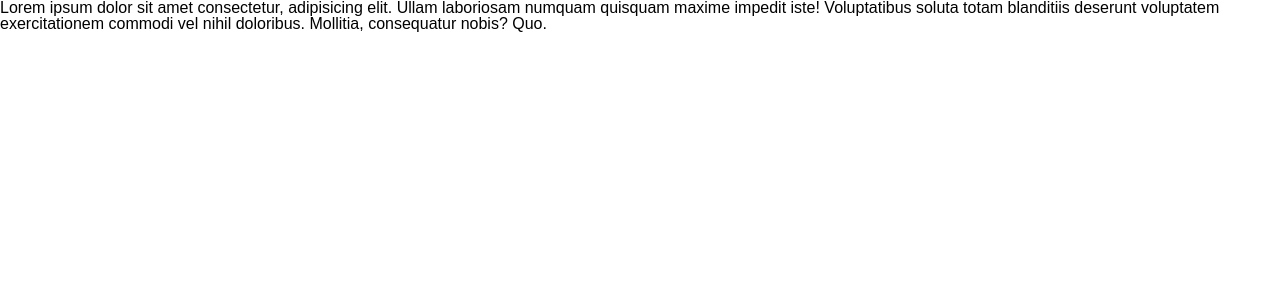
Repository: evondev/html-css-basic-course
Page: index.html
An editor plug-in stored every save of this project. The page is shown before and after the next save, followed by the edit.
The browser window is 1280 px wide. The pictures show the whole page.
Some web libraries are served in a nearby version. The style sheet was rebuilt from its Sass, Less or Tailwind sources for each picture, by a compiler version that may differ from the author's.

Above is the page before, as saved 2020-12-27 11:31:40.

### index.html
<!DOCTYPE html>
<html lang="en">
  <head>
    <meta charset="UTF-8" />
    <meta name="viewport" content="width=device-width, initial-scale=1.0" />
    <title>Lỗi hay gặp ở người mới</title>
    <link
      href="https://fonts.googleapis.com/css2?family=Roboto:wght@400;700&display=swap"
      rel="stylesheet"
    />
    <link
      rel="stylesheet"
      href="https://cdnjs.cloudflare.com/ajax/libs/font-awesome/5.14.0/css/all.min.css"
      integrity="sha512-1PKOgIY59xJ8Co8+NE6FZ+LOAZKjy+KY8iq0G4B3CyeY6wYHN3yt9PW0XpSriVlkMXe40PTKnXrLnZ9+fkDaog=="
      crossorigin="anonymous"
    />
    <link
      href="https://fonts.googleapis.com/css2?family=Poppins:wght@300;400;700&display=swap"
      rel="stylesheet"
    />
    <link rel="stylesheet" href="./reset.css" />
    <link rel="stylesheet" href="./app.css" />
  </head>
  <body>
    <div class="text">Lorem ipsum dolor sit amet consectetur, adipisicing elit. Ullam laboriosam numquam quisquam maxime impedit iste! Voluptatibus soluta totam blanditiis deserunt voluptatem exercitationem commodi vel nihil doloribus. Mollitia, consequatur nobis? Quo.</div>
  </body>
</html>

### app.scss
html {
  font-size: 62.5%;
}

* {
  box-sizing: border-box;
}

body {
  font-size: 1.6rem;
  font-weight: normal;
}

input,
textarea,
button,
select {
  font-size: 1.6rem;
  font-family: "Poppins", sans-serif;
  font-weight: normal;
  outline: none;
}

a {
  text-decoration: none;
}

img {
  display: block;
  max-width: 100%;
}
// * {
//   font-family: "Poppins", sans-serif !important;
// }
html {
  font-family: "Poppins", sans-serif !important;
}
.text {
  font-family: Arial, Helvetica, sans-serif;
}

Loaded but not shown: reset.css (common file)

After the next save:
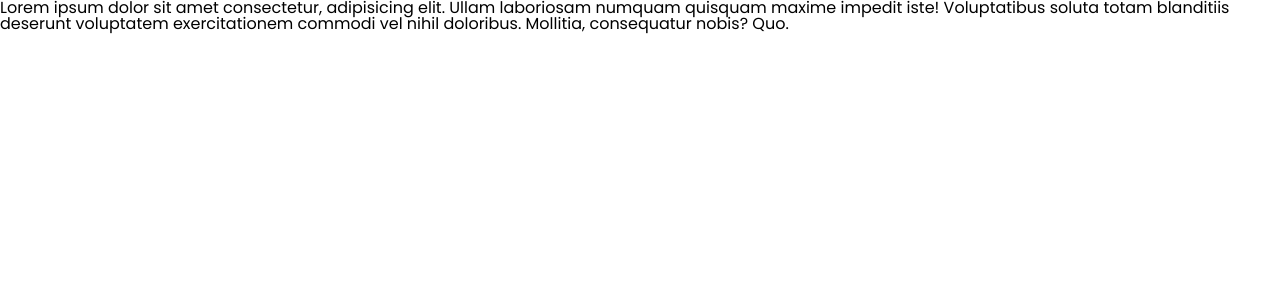
Saved 24 s later.
--- a/app.scss
+++ b/app.scss
@@ -29,9 +29,9 @@ img {
   display: block;
   max-width: 100%;
 }
-// * {
-//   font-family: "Poppins", sans-serif !important;
-// }
+* {
+  font-family: "Poppins", sans-serif !important;
+}
 html {
   font-family: "Poppins", sans-serif !important;
 }
